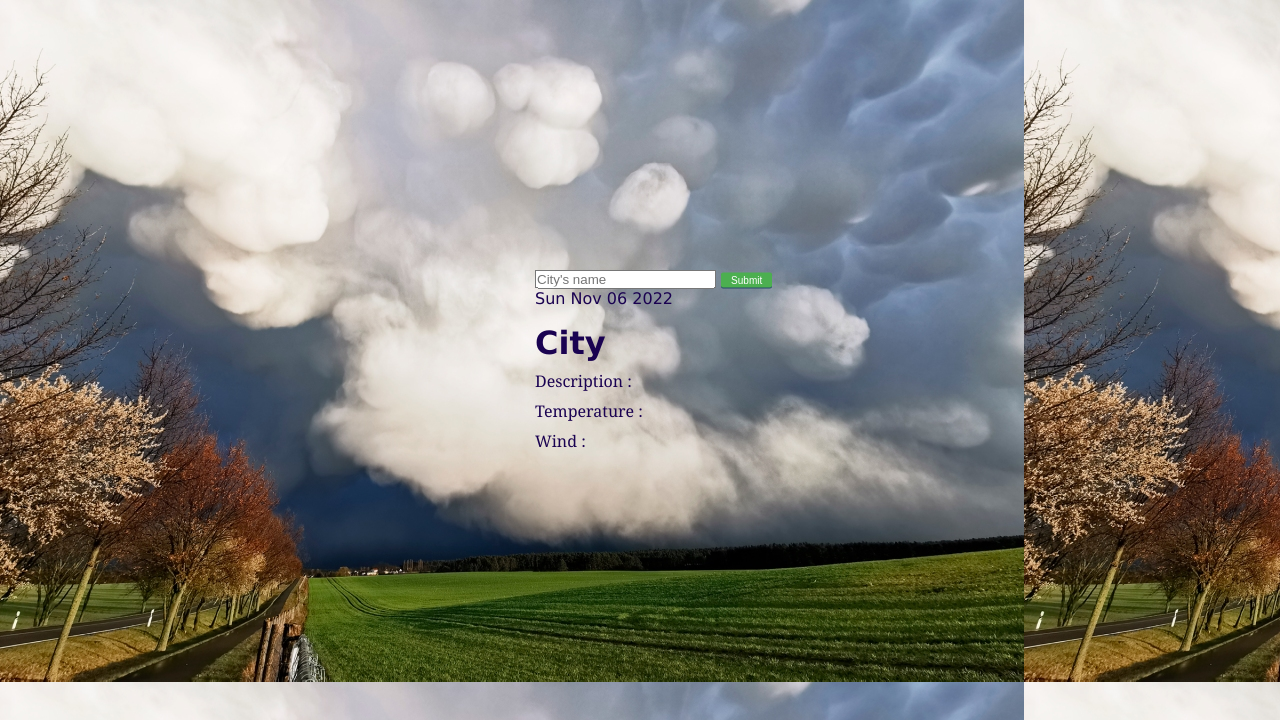
Repository: heartbreathing/searchWeather
Page: index.html
An editor plug-in stored every save of this project. The page is shown before and after the next save, followed by the edit.
The browser window is 1280 px wide. The pictures show the whole page.

Above is the page before, as saved 2022-11-06 23:02:07.

After the next save:
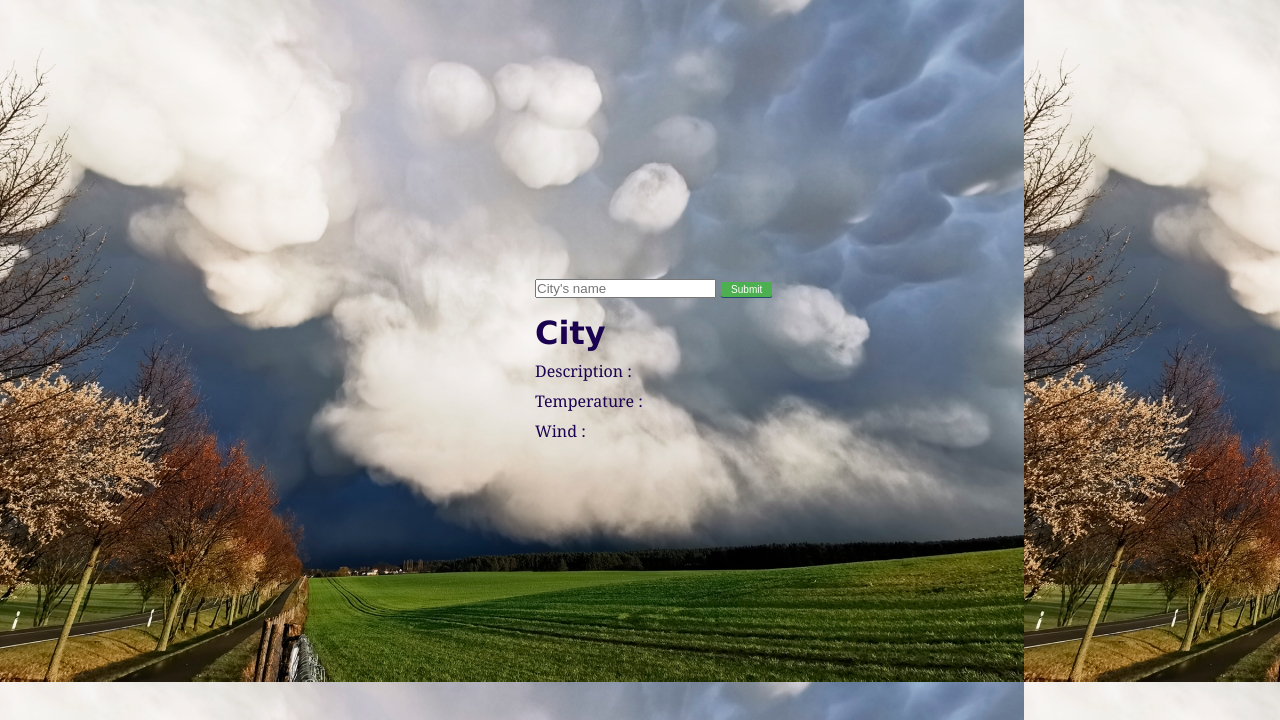
Saved 43 s later.
--- a/index.js
+++ b/index.js
@@ -1,10 +1,10 @@
     "use strict";
       let timeEl = document.querySelector('.time')
-      function getTime() {
-        timeEl.innerHTML = new Date().toDateString();
-        // setTimeout(getTime, 1000);
-      }
-      getTime();
+    //   function getTime() {
+    //     timeEl.innerHTML = new Date().toDateString();
+    //     // setTimeout(getTime, 1000);
+    //   }
+    //   getTime();
 
 
       let form = document.querySelector('.form');
